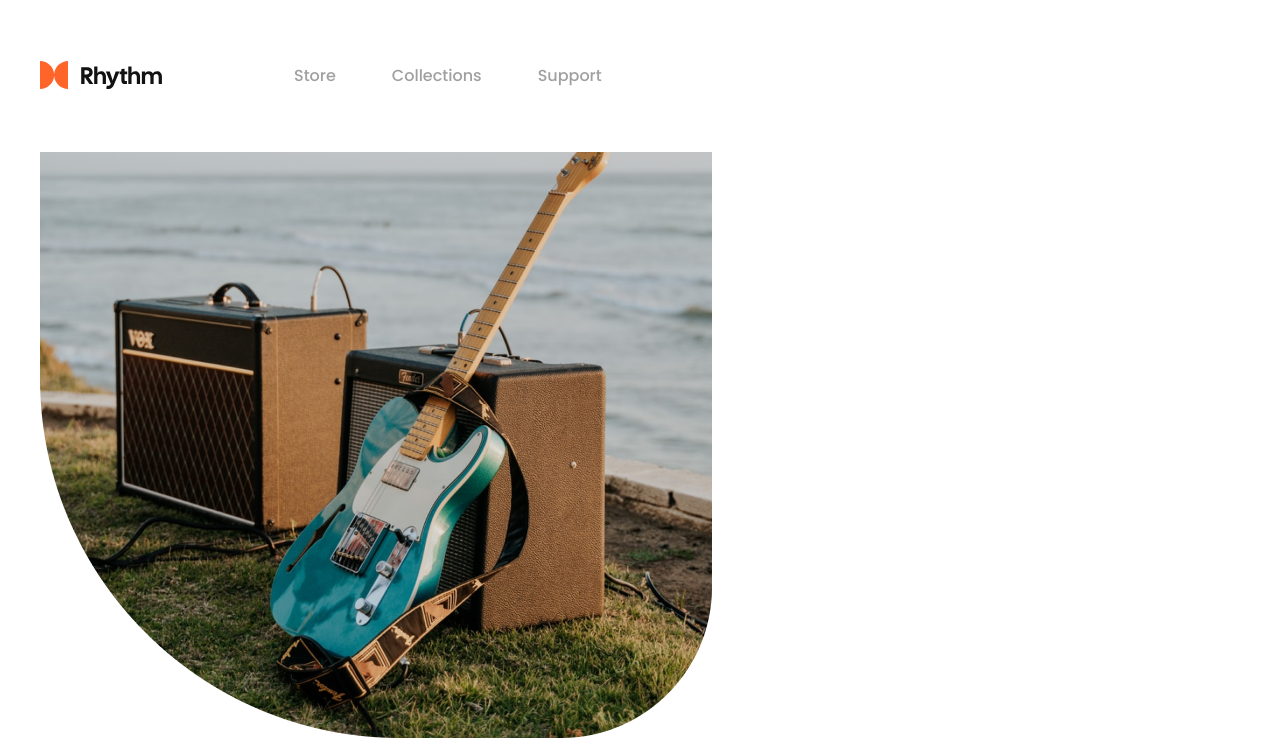
Repository: Ed-Lubenets/website_guitar
Page: index.html
An editor plug-in stored every save of this project. The page is shown before and after a run of saves, followed by the edit.
The browser window is 1280 px wide. The pictures show the whole page.

Above is the page before, as saved 2023-01-02 14:51:06.

After the next 3 saves:
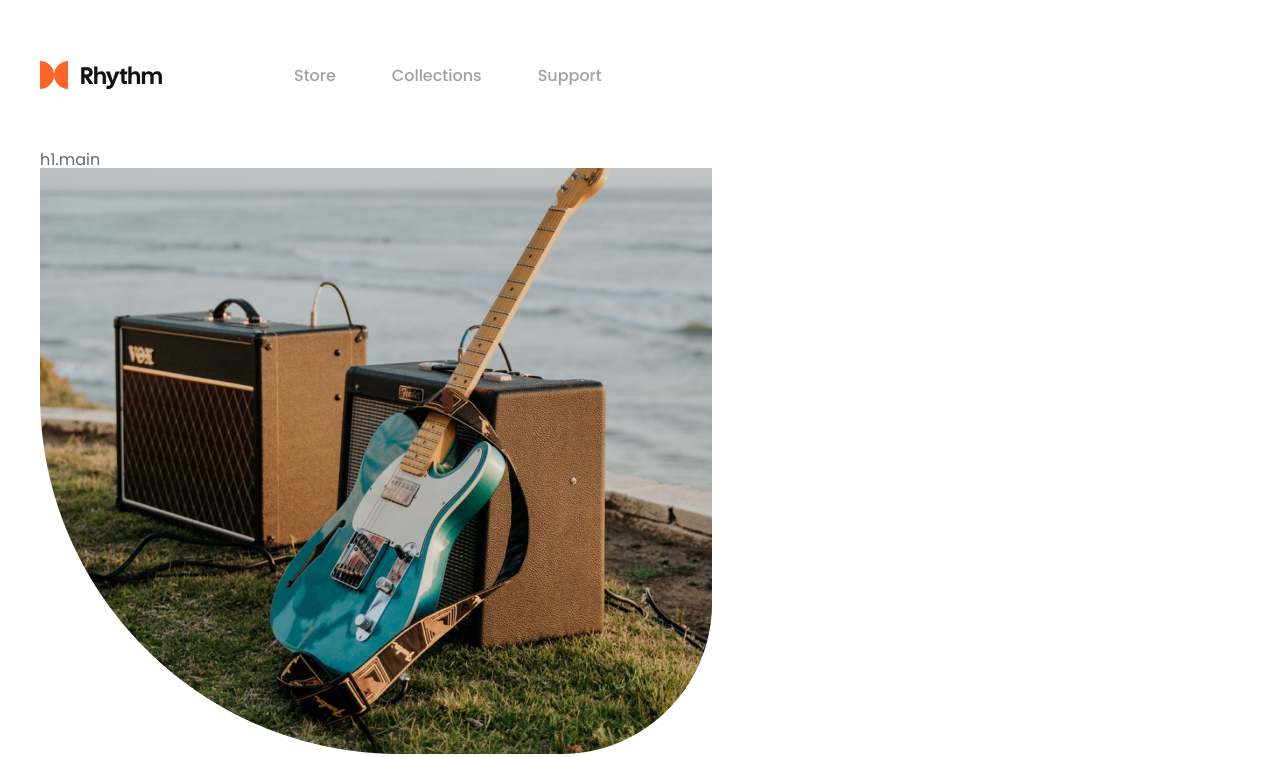
The 3 saves are shown as one change because they came seconds apart.
The last was saved 24 s later.
--- a/index.html
+++ b/index.html
@@ -31,7 +31,7 @@
             <section class="page__main main">
                 <div class="main__container">
                     <div class="main__content">
-
+                        h1.main
                     </div>
                     <div class="main__decor decor-main">
                         <div class="decor-main__image">

After the 3 saves that followed:
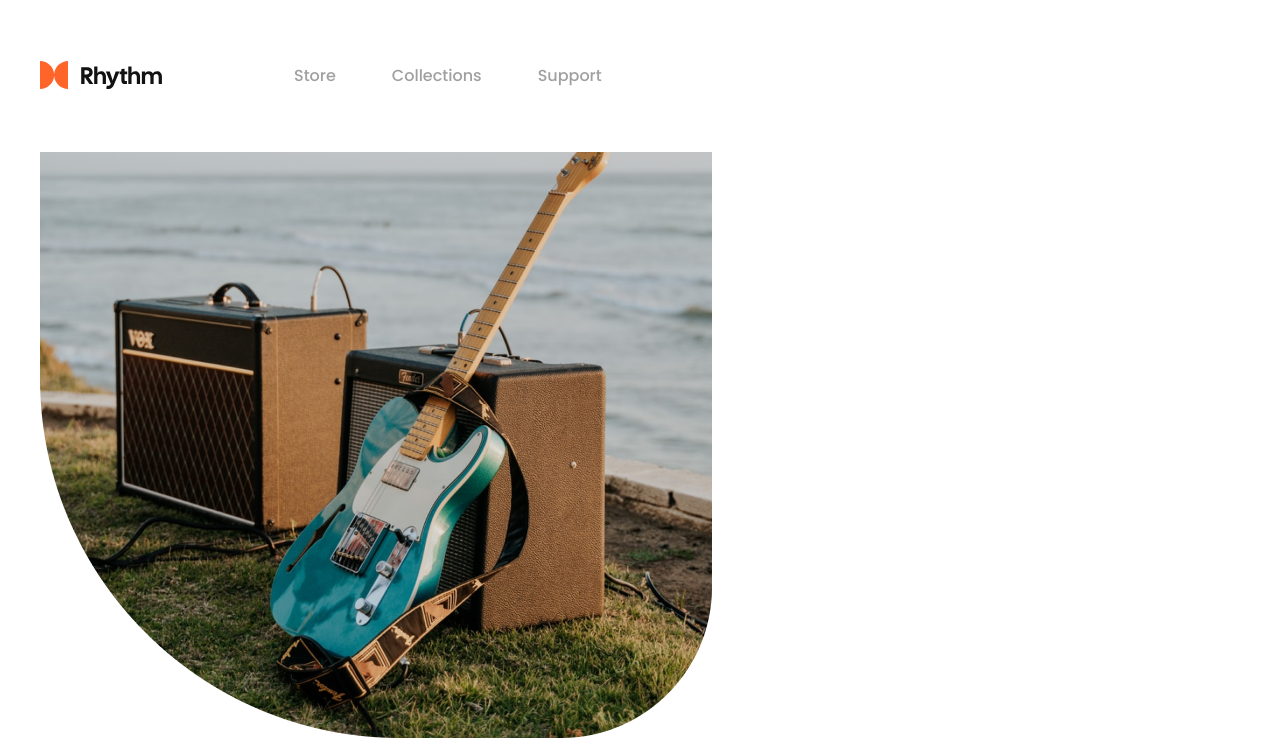
The 3 saves are shown as one change because they came seconds apart.
The last was saved 13 s later.
--- a/index.html
+++ b/index.html
@@ -31,7 +31,8 @@
             <section class="page__main main">
                 <div class="main__container">
                     <div class="main__content">
-                        h1.main
+                        <h1 class="main__title"></h1>
+
                     </div>
                     <div class="main__decor decor-main">
                         <div class="decor-main__image">
